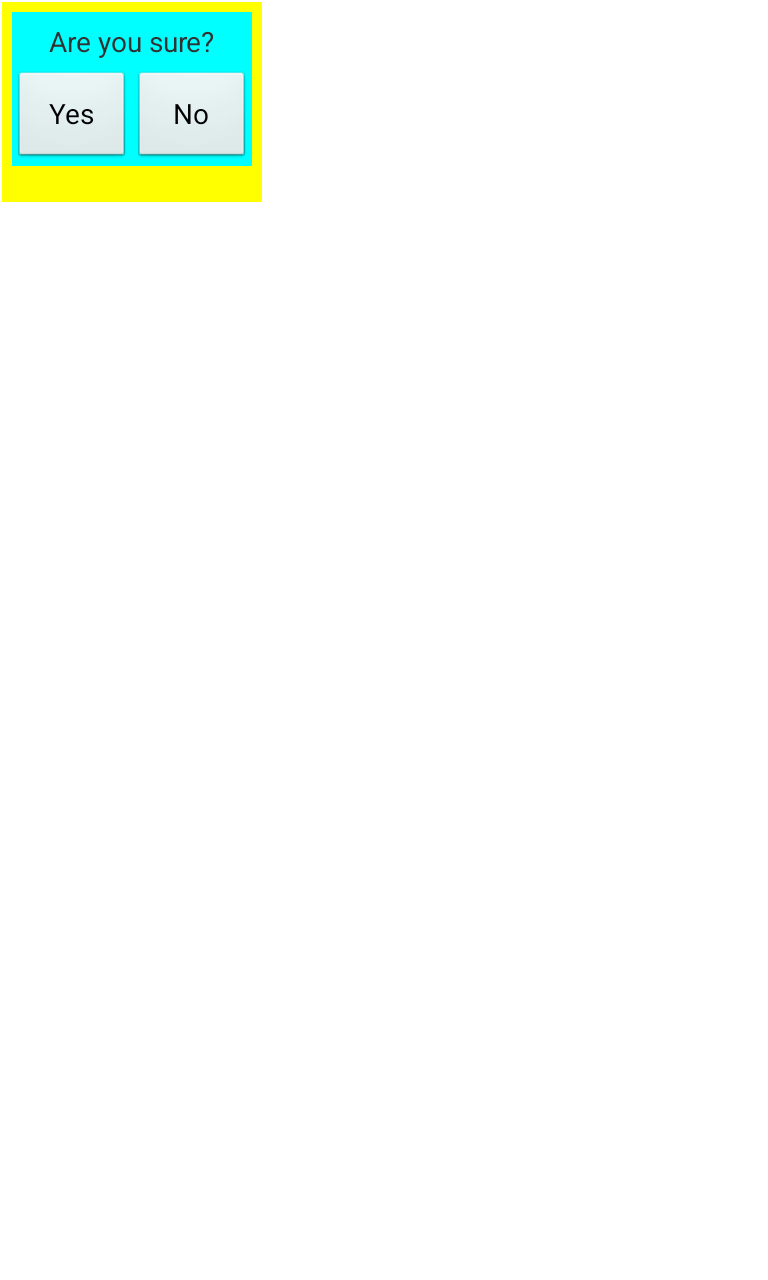
Repository: jwisch91/CS390-Project
Layout: workspace/testing/res/layout/confirmation_popup.xml
The author's editor kept a copy of each file at every save. The layout is drawn from the files as they stood at one save, then again after the next save.
It is drawn on a 768 x 1280 px phone screen (xhdpi) without system bars, with theme android:Theme.Light; the app's code is not run.

Above is the layout before, as saved 2013-04-12 03:10:25.

### workspace/testing/res/layout/confirmation_popup.xml
<?xml version="1.0" encoding="utf-8"?>
<LinearLayout xmlns:android="http://schemas.android.com/apk/res/android"
    android:layout_width="wrap_content"
    android:layout_height="wrap_content"
    android:orientation="vertical"
    android:background="@android:color/background_light">
 <LinearLayout
     android:layout_width="130dp"
     android:layout_height="100dp"
     android:orientation="vertical"
     android:layout_margin="1dp"
     android:background="#FFFF00">

    <RelativeLayout
      android:layout_width="wrap_content"
      android:layout_height="wrap_content"
      android:orientation="vertical"
      android:background="#00FFFF"
      android:layout_margin="5dp">

        <Button
            android:id="@+id/reregister_yes"
            android:layout_width="60dp"
            android:layout_height="wrap_content"
            android:layout_below="@+id/reregister_top"
            android:layout_alignParentLeft="true"
            android:layout_gravity="bottom"
            android:text="Yes" />

        <Button
            android:id="@+id/reregister_no"
            android:layout_width="60dp"
            android:layout_height="wrap_content"
            android:layout_below="@+id/reregister_top"
            android:layout_alignParentRight="true"
            android:layout_gravity="bottom"
            android:text="No" />

        <TextView
            android:id="@+id/reregister_top"
            android:layout_width="wrap_content"
            android:layout_height="wrap_content"
            android:layout_alignParentTop="true"
            android:layout_centerHorizontal="true"
            android:text="Are you sure?"
            android:layout_margin="5dp" />

    </RelativeLayout>
</LinearLayout>
</LinearLayout>

After the next save:
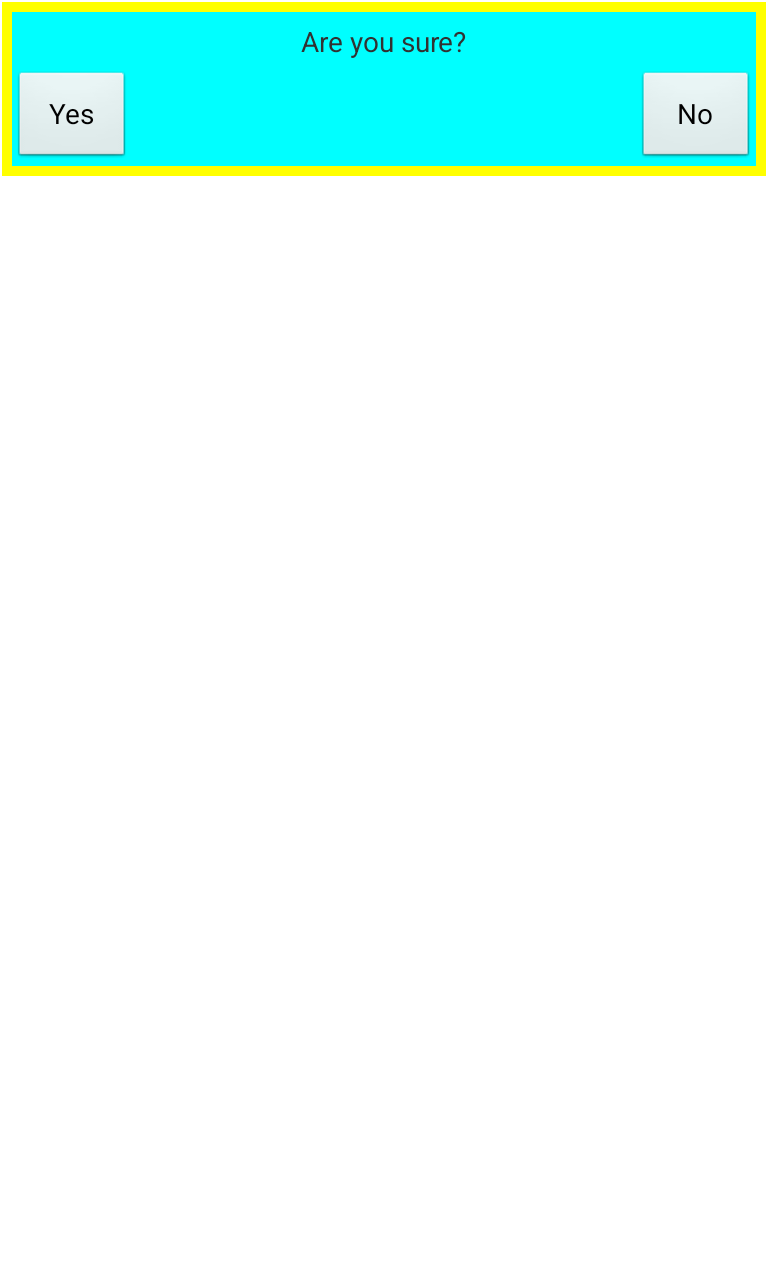
Saved 15 s later.
--- a/workspace/testing/res/layout/confirmation_popup.xml
+++ b/workspace/testing/res/layout/confirmation_popup.xml
@@ -5,8 +5,8 @@
     android:orientation="vertical"
     android:background="@android:color/background_light">
  <LinearLayout
-     android:layout_width="130dp"
-     android:layout_height="100dp"
+     android:layout_width="wrap_content"
+     android:layout_height="wrap_content"
      android:orientation="vertical"
      android:layout_margin="1dp"
      android:background="#FFFF00">

After the save that followed:
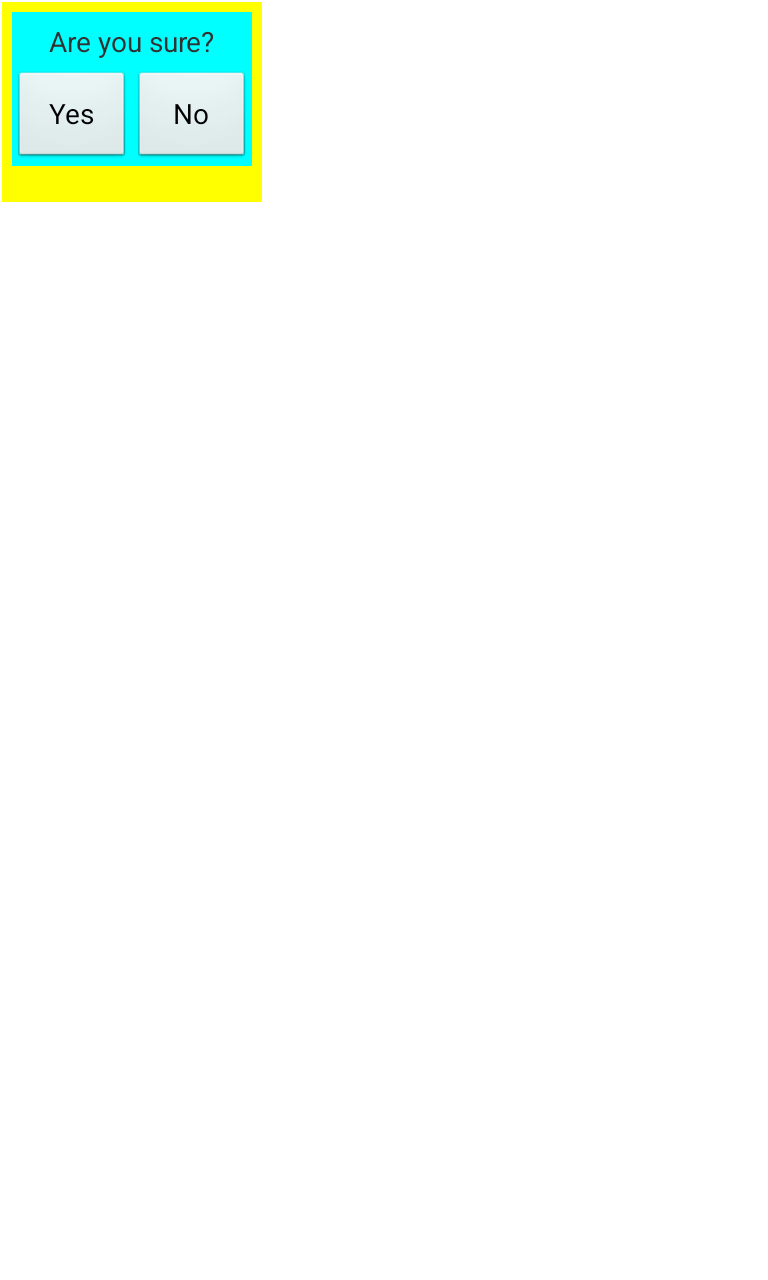
Saved 5 s later.
--- a/workspace/testing/res/layout/confirmation_popup.xml
+++ b/workspace/testing/res/layout/confirmation_popup.xml
@@ -5,8 +5,8 @@
     android:orientation="vertical"
     android:background="@android:color/background_light">
  <LinearLayout
-     android:layout_width="wrap_content"
-     android:layout_height="wrap_content"
+     android:layout_width="130dp"
+     android:layout_height="100dp"
      android:orientation="vertical"
      android:layout_margin="1dp"
      android:background="#FFFF00">
